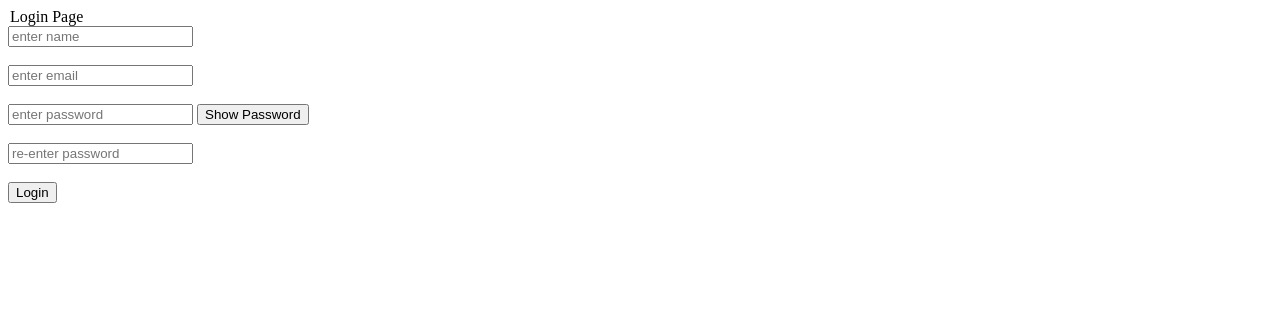
Repository: Altafalinadaf/SimpleProjects
Page: servletDemo10/src/main/webapp/index10.html
The author's editor kept a copy of each file at every save. The page is drawn from the files as they stood at one save, then again after the next save.
The browser window is 1280 px wide. The pictures show the whole page.

Above is the page before, as saved 2023-10-31 18:08:02.

### servletDemo10/src/main/webapp/index10.html
<!DOCTYPE html>
<html>

<head>
	<meta charset="ISO-8859-1">
	<title>Insert title here</title>
</head>

<body>
	<form action="login" method="post">
		<field set>
			<legend>Login Page </legend>
			<input type="text" name="name" placeholder="enter name" required/>

			<br/>
			<br/>
			<input type="text" name="email" placeholder="enter email" required/>
			<br/>
			<br/>
			<input type="password" name="pass" placeholder="enter password" required/>
			<button class="toggle-button" type="button">Show Password</button>
			<br/>
			<br/>
			<input type="password" name="pass2" placeholder="re-enter password" required/>
			<br/>
			<br/>
			<input type="submit" value="Login"/>
		</field>
	</form>

</body>

</html>

After the next save:
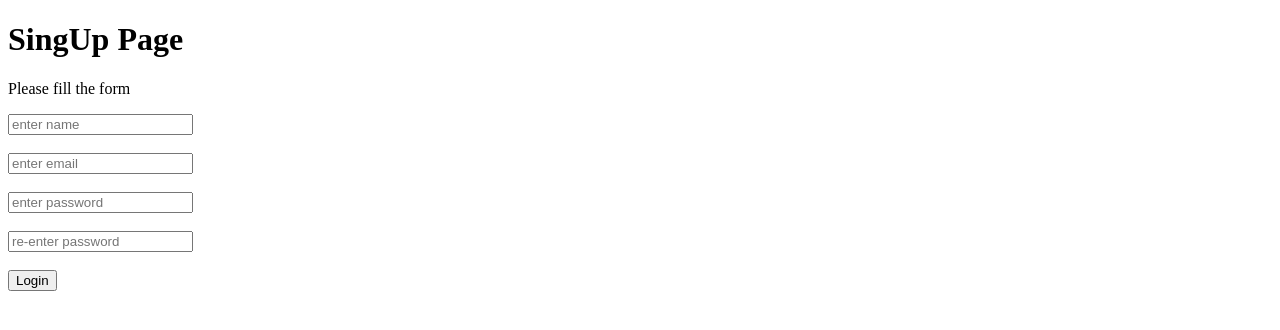
Saved 7 min 57 s later.
--- a/servletDemo10/src/main/webapp/index10.html
+++ b/servletDemo10/src/main/webapp/index10.html
@@ -7,9 +7,11 @@
 </head>
 
 <body>
+	<h1>SingUp Page </h1>
+	<p>Please fill the form </p>
 	<form action="login" method="post">
 		<field set>
-			<legend>Login Page </legend>
+
 			<input type="text" name="name" placeholder="enter name" required/>
 
 			<br/>
@@ -18,7 +20,6 @@
 			<br/>
 			<br/>
 			<input type="password" name="pass" placeholder="enter password" required/>
-			<button class="toggle-button" type="button">Show Password</button>
 			<br/>
 			<br/>
 			<input type="password" name="pass2" placeholder="re-enter password" required/>
